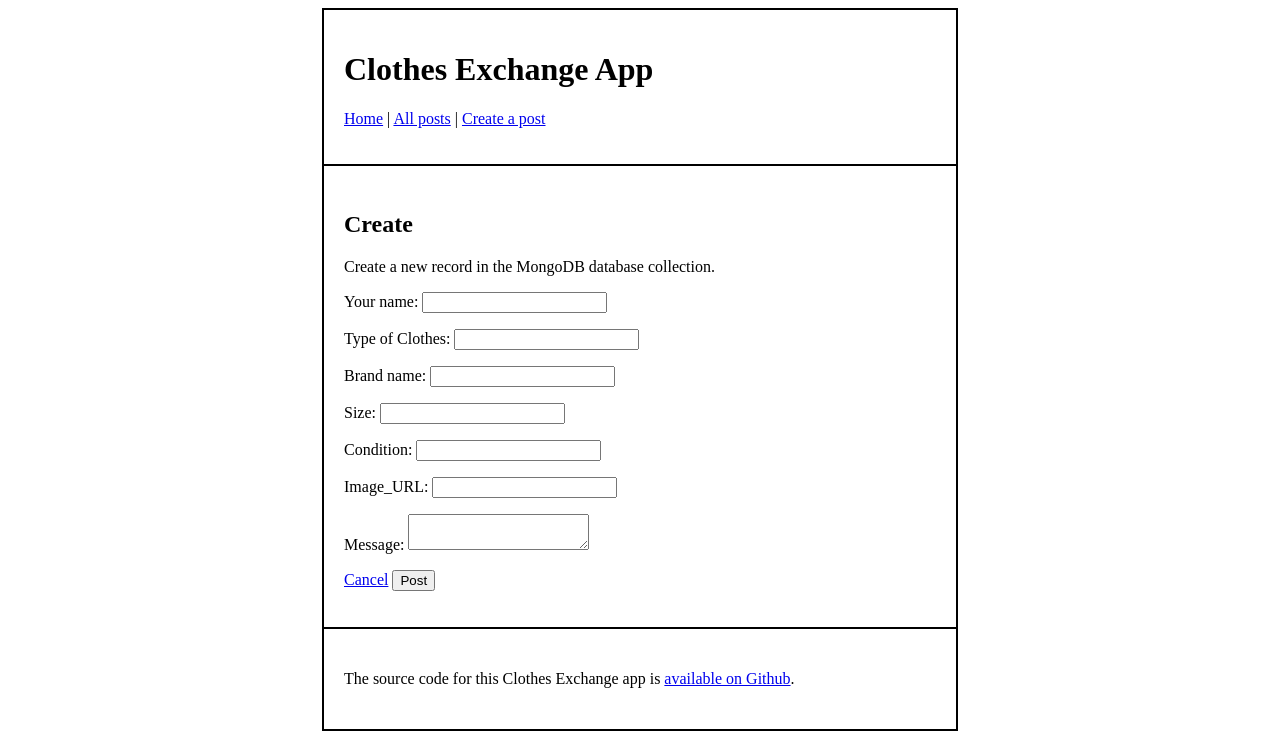
Repository: dbdesign-students-spring2024/7-web-app-dianachen1013
Page: http://localhost/create
An editor plug-in stored every save of this project. The page is shown before and after the next save, followed by the edit.
The browser window is 1280 px wide. The pictures show the whole page.
The page is served by the project's application, run on Flask 3 (app.py).

Above is the page before, as saved 2024-04-15 18:35:24.

### templates/create.html
{% extends 'base.html' %} {% block container %}
<h2>Create</h2>
<p>Create a new record in the MongoDB database collection.</p>
<form method="POST" action="{{ url_for('create_post') }}">
  <p>Your name: <input type="text" id="fname" name="fname" /><br /></p>
  <p>Type of Clothes: <input type="text" id="ftype" name="ftype" /><br /></p>
  <p>Brand name: <input type="text" id="fbrand" name="fbrand" /><br /></p>
  <p>Size: <input type="text" id="fsize" name="fsize" /><br /></p>
  <p>Condition: <input type="text" id="fcondition" name="fcondition" /><br /></p>
  <p>Image_URL: <input type="text" id="fimage_url" name="fimage_url" /><br /></p>
  <p>
    Message:
    <textarea type="text" id="fmessage" name="fmessage"></textarea>
  </p>

  <p>
    <a href="{{ url_for('read')}}">Cancel</a>
    <input type="submit" name="post-btn" value="Post" />
  </p>
</form>
{% endblock %}

### templates/base.html
<!DOCTYPE html>
<html>
  <head>
    <title>Clothes Exchange App</title>
    <link
      rel="stylesheet"
      href="{{ url_for('static', filename='css/style.css') }}"
    />
  </head>
  <body>
    <div class="container">
      <header>
        <h1>Clothes Exchange App</h1>
        <p>
          <a href="{{ url_for('home')}}">Home</a> |
          <a href="{{ url_for('read')}}">All posts</a> |
          <a href="{{ url_for('create')}}">Create a post</a>
        </p>
      </header>
      <main>{% block container %} {% endblock %}</main>
      <footer>
        <p>
          The source code for this Clothes Exchange app is
          <a href="https://github.com/dbdesign-students-spring2024/7-web-app-dianachen1013"
            >available on Github</a
          >.
        </p>
      </footer>
    </div>
  </body>
</html>

### app.py
#!/usr/bin/env python3

import os
import sys
import subprocess
import datetime

from flask import Flask, render_template, request, redirect, url_for, make_response

# import logging
import sentry_sdk
from sentry_sdk.integrations.flask import (
    FlaskIntegration,
)  # delete this if not using sentry.io

# from markupsafe import escape
import pymongo
from pymongo.errors import ConnectionFailure
from bson.objectid import ObjectId
from dotenv import load_dotenv

# load credentials and configuration options from .env file
# if you do not yet have a file named .env, make one based on the template in env.example
load_dotenv(override=True)  # take environment variables from .env.

# initialize Sentry for help debugging... this requires an account on sentrio.io
# you will need to set the SENTRY_DSN environment variable to the value provided by Sentry
# delete this if not using sentry.io
sentry_sdk.init(
    dsn=os.getenv("SENTRY_DSN"),
    # enable_tracing=True,
    # Set traces_sample_rate to 1.0 to capture 100% of transactions for performance monitoring.
    traces_sample_rate=1.0,
    # Set profiles_sample_rate to 1.0 to profile 100% of sampled transactions.
    # We recommend adjusting this value in production.
    integrations=[FlaskIntegration()],
    send_default_pii=True,
)

# instantiate the app using sentry for debugging
app = Flask(__name__)

# # turn on debugging if in development mode
# app.debug = True if os.getenv("FLASK_ENV", "development") == "development" else False

# try to connect to the database, and quit if it doesn't work
try:
    cxn = pymongo.MongoClient(os.getenv("MONGO_URI"))
    db = cxn[os.getenv("MONGO_DBNAME")]  # store a reference to the selected database

    # verify the connection works by pinging the database
    cxn.admin.command("ping")  # The ping command is cheap and does not require auth.
    print(" * Connected to MongoDB!")  # if we get here, the connection worked!
except ConnectionFailure as e:
    # catch any database errors
    # the ping command failed, so the connection is not available.
    print(" * MongoDB connection error:", e)  # debug
    sentry_sdk.capture_exception(e)  # send the error to sentry.io. delete if not using
    sys.exit(1)  # this is a catastrophic error, so no reason to continue to live


# set up the routes


@app.route("/")
def home():
    """
    Route for the home page.
    Simply returns to the browser the content of the index.html file located in the templates folder.
    """
    return render_template("index.html")


@app.route("/read")
def read():
    """
    Route for GET requests to the read page.
    Displays some information for the user with links to other pages.
    """
    docs = db.exampleapp.find({}).sort(
        "created_at", -1
    )  # sort in descending order of created_at timestamp
    return render_template("read.html", docs=docs)  # render the read template


@app.route("/create")
def create():
    """
    Route for GET requests to the create page.
    Displays a form users can fill out to create a new document.
    """
    return render_template("create.html")  # render the create template


@app.route("/create", methods=["POST"])
def create_post():
    """
    Route for POST requests to the create page.
    Accepts the form submission data for a new document and saves the document to the database.
    """

    name = request.form["fname"]
    Type_of_Clothes = request.form["ftype"]
    Brand = request.form["fbrand"]
    Size = request.form["fsize"]
    Condition = request.form["fcondition"]
    Image_URL = request.form["fimage_url"]
    message = request.form["fmessage"]

    # create a new document with the data the user entered
    doc = {"name": name, "Type_of_Clothes": Type_of_Clothes, "Brand": Brand, "Size": Size, "Condition": Condition, "Image_URL": Image_URL, "message": message, "created_at": datetime.datetime.utcnow()}
    db.exampleapp.insert_one(doc)  # insert a new document

    return redirect(
        url_for("read")
    )  # tell the browser to make a request for the /read route


@app.route("/edit/<mongoid>")
def edit(mongoid):
    """
    Route for GET requests to the edit page.
    Displays a form users can fill out to edit an existing record.

    Parameters:
    mongoid (str): The MongoDB ObjectId of the record to be edited.
    """
    doc = db.exampleapp.find_one({"_id": ObjectId(mongoid)})
    return render_template(
        "edit.html", mongoid=mongoid, doc=doc
    )  # render the edit template


@app.route("/edit/<mongoid>", methods=["POST"])
def edit_post(mongoid):
    """
    Route for POST requests to the edit page.
    Accepts the form submission data for the specified document and updates the document in the database.

    Parameters:
    mongoid (str): The MongoDB ObjectId of the record to be edited.
    """
    name = request.form["fname"]
    Type_of_Clothes = request.form["ftype"]
    Brand = request.form["fbrand"]
    Size = request.form["fsize"]
    Condition = request.form["fcondition"]
    Image_URL = request.form["fimage_url"]
    message = request.form["fmessage"]

    doc = {
        # "_id": ObjectId(mongoid),
        "name": name,
        "Type_of_CLothes": Type_of_Clothes,
        "Brand": Brand,
        "Size": Size,
        "Condition": Condition,
        "Image_URL": Image_URL,
        "message": message,
        "created_at": datetime.datetime.utcnow(),
    }

    db.exampleapp.update_one(
        {"_id": ObjectId(mongoid)}, {"$set": doc}  # match criteria
    )

    return redirect(
        url_for("read")
    )  # tell the browser to make a request for the /read route


@app.route("/delete/<mongoid>")
def delete(mongoid):
    """
    Route for GET requests to the delete page.
    Deletes the specified record from the database, and then redirects the browser to the read page.

    Parameters:
    mongoid (str): The MongoDB ObjectId of the record to be deleted.
    """
    db.exampleapp.delete_one({"_id": ObjectId(mongoid)})
    return redirect(
        url_for("read")
    )  # tell the web browser to make a request for the /read route.


@app.route("/webhook", methods=["POST"])
def webhook():
    """
    GitHub can be configured such that each time a push is made to a repository, GitHub will make a request to a particular web URL... this is called a webhook.
    This function is set up such that if the /webhook route is requested, Python will execute a git pull command from the command line to update this app's codebase.
    You will need to configure your own repository to have a webhook that requests this route in GitHub's settings.
    Note that this webhook does do any verification that the request is coming from GitHub... this should be added in a production environment.
    """
    # run a git pull command
    process = subprocess.Popen(["git", "pull"], stdout=subprocess.PIPE)
    pull_output = process.communicate()[0]
    # pull_output = str(pull_output).strip() # remove whitespace
    process = subprocess.Popen(["chmod", "a+x", "flask.cgi"], stdout=subprocess.PIPE)
    chmod_output = process.communicate()[0]
    # send a success response
    response = make_response(f"output: {pull_output}", 200)
    response.mimetype = "text/plain"
    return response


@app.errorhandler(Exception)
def handle_error(e):
    """
    Output any errors - good for debugging.
    """
    return render_template("error.html", error=e)  # render the edit template


# run the app
if __name__ == "__main__":
    # logging.basicConfig(filename="./flask_error.log", level=logging.DEBUG)
    app.run(load_dotenv=True)

### static/css/style.css
.container {
  border: 2px solid;
  width: 50%;
  margin: 0 auto;
}

header,
footer,
main {
  padding: 20px;
}

header,
main {
  border-bottom: 2px solid;
  margin-bottom: 5px;
}

p.post {
  font-size: 12px;
}

footer {
  margin-bottom: 5px;
}

After the next save:
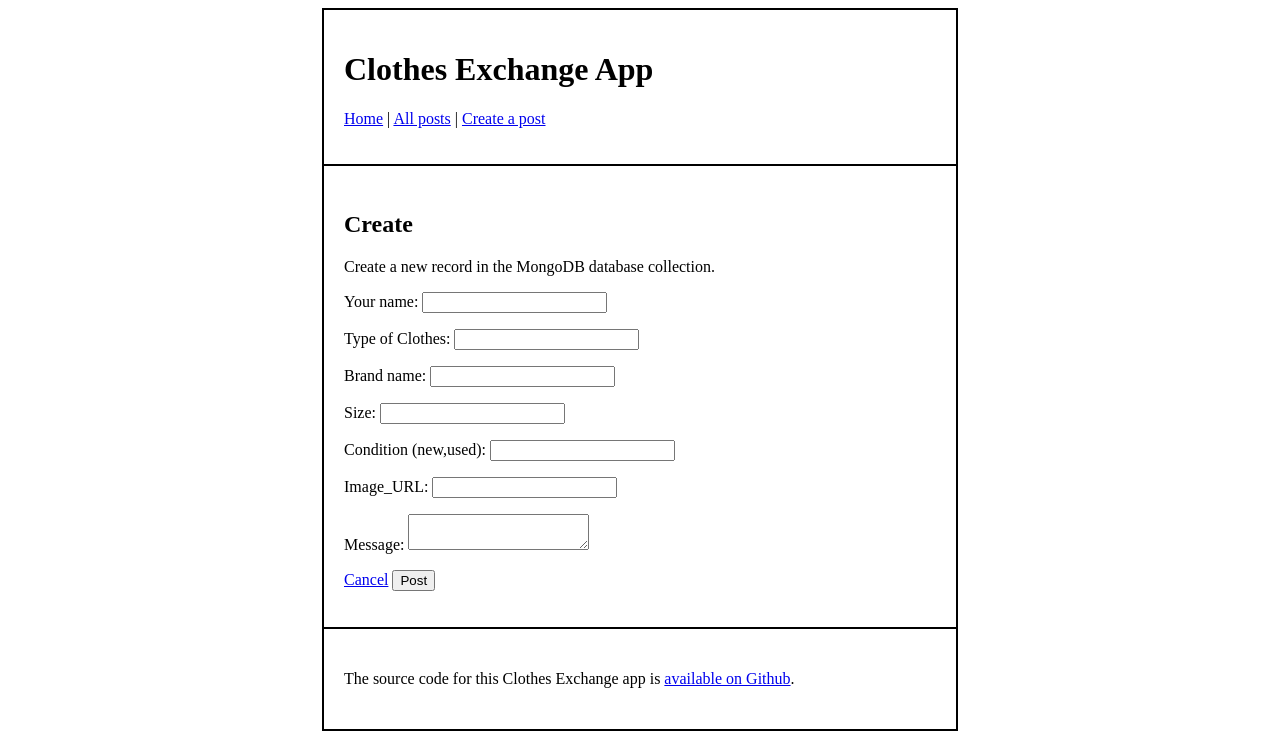
Saved 10 min 24 s later.
--- a/templates/create.html
+++ b/templates/create.html
@@ -6,7 +6,7 @@
   <p>Type of Clothes: <input type="text" id="ftype" name="ftype" /><br /></p>
   <p>Brand name: <input type="text" id="fbrand" name="fbrand" /><br /></p>
   <p>Size: <input type="text" id="fsize" name="fsize" /><br /></p>
-  <p>Condition: <input type="text" id="fcondition" name="fcondition" /><br /></p>
+  <p>Condition (new,used): <input type="text" id="fcondition" name="fcondition" /><br /></p>
   <p>Image_URL: <input type="text" id="fimage_url" name="fimage_url" /><br /></p>
   <p>
     Message:
